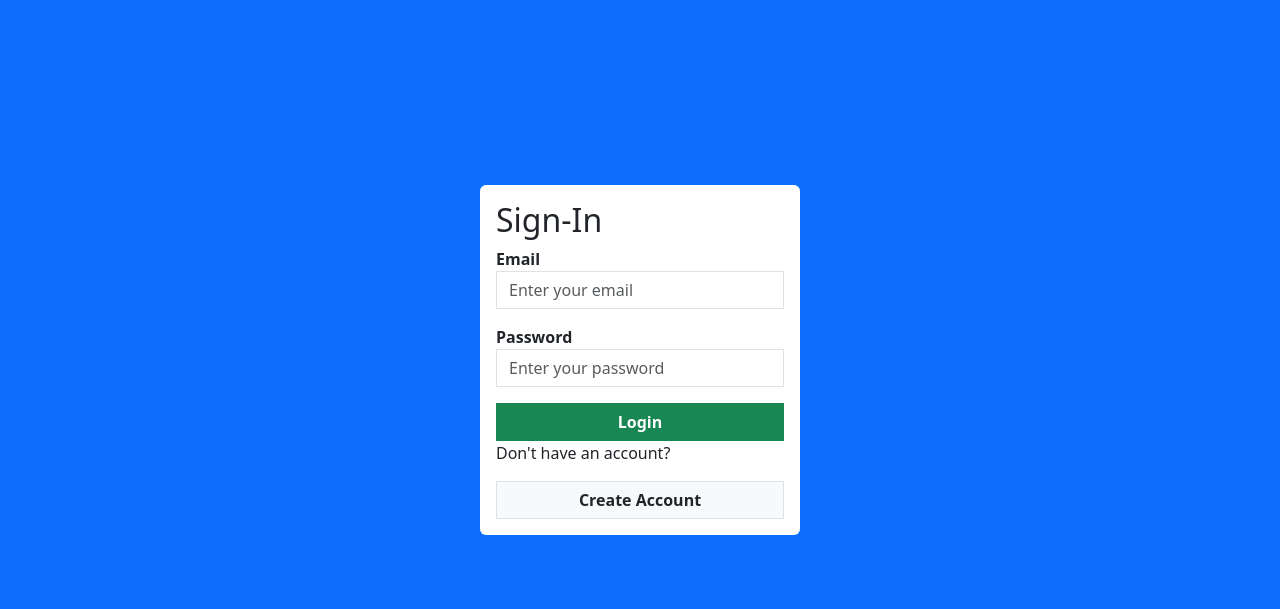
Repository: Habeebur1493/App
Page: / (app in frontend/src/)
An editor plug-in stored every save of this project. The page is shown before and after the next save, followed by the edit.
The browser window is 1280 px wide. The pictures show the whole page.
The project was rebuilt for these pictures with package versions that can differ from the ones it lists, and the page was loaded fresh each time. Also part of the build but not shown: frontend/src/SignupValidation.js, frontend/src/Signup.js, frontend/src/Home.js, frontend/src/ViewProduct.js, frontend/src/ProductForm.js, frontend/src/AddProduct.js.

Above is the page before, as saved 2025-02-16 22:55:52.

### frontend/src/App.js
import React from 'react'
import Login from './Login'
import { BrowserRouter, Routes, Route } from 'react-router-dom'
import Signup from './Signup'
import Home from './Home'
import ViewProduct from "./ViewProduct";
import AddProduct from "./AddProduct";
import ProductForm from "./ProductForm";



function App() {
  return (
    <BrowserRouter>
    <Routes>
      <Route path="/" element={<Login />} />
      <Route path="/signup" element={<Signup />} />
      <Route path="/home" element={<Home/>} />
      <Route path="/view/:id" element={<ViewProduct />} />
      <Route path="/add-product" element={<AddProduct />} />
      <Route path="/edit-product/:id" element={<ProductForm />} />
    </Routes>
    </BrowserRouter>
  )
}

export default App

### frontend/src/Login.js
import React, { useState} from 'react'
import { Link } from 'react-router-dom'
import validation from './LoginValidation';
import axios from 'axios';
import { useNavigate } from 'react-router-dom';


function Login() {
    const [values, setvalues] = useState({
        email: "",
        password: ""
    })
    const navigate = useNavigate();

    const [errors, seterrors] = useState({})
    const handleInput = (event) => {
        setvalues(prev => ({...prev, [event.target.name]: event.target.value}))
    }

    const handleSubmit = (event) => {
        event.preventDefault();
        seterrors(validation(values));
        if(errors.email ==="" && errors.password ===""){
            axios.post('http://localhost:3001/login', values)
            .then(res => {
                if(res.data === "Success"){
                    navigate('/home');
                }else{
                    alert("No user found");
                }
            })
            .catch(err => console.log(err));
            }
    }
  return (
    <div className='d-flex justify-content-center align-items-center bg-primary vh-100'>
        <div className='bg-white p-3 rounded w-25'>
        <h2>Sign-In</h2>
            <form action="" onSubmit={handleSubmit}>
                <div className='mb-3'>
                    <label htmlFor='email'><strong>Email</strong></label>
                    <input type="email" placeholder='Enter your email' name='email'
                   onChange={handleInput}  className='form-control rounded-0'/>
                    <span>{errors.email && <span className='text-danger' >{errors.email}</span>}</span>
                </div>
                <div className='mb-3'>
                    <label htmlFor='password'><strong>Password</strong></label>
                    <input type="password" placeholder='Enter your password'  name='password'
                    onChange={handleInput}  className='form-control rounded-0'/>
                     <span>{errors.password && <span className='text-danger' >{errors.password}</span>}</span>
                </div>
                <button type='submit' className='btn btn-success w-100 rounded-0'><strong>Login</strong></button>
                <p>Don't have an account?</p>
                <Link to="/signup" className='btn btn-default border w-100 rounded-0 bg-light text-decoration-none'><strong>Create Account</strong></Link>
            </form>
        </div>
    </div>
  )
}

export default Login

### frontend/src/LoginValidation.js
function validation (values){
    let error ={}
    const email_pattern = /^[^\s@]+@[^\s@]+\.[^\s@]+$/;
    const password_pattern = /^(?=.*[a-z])(?=.*[A-Z])(?=.*\d)(?=.*[@$!%*?&])[A-Za-z\d@$!%*?&]{8,}$/;

    if(!values.email ===""){
        error.email = "Name should not be empty"
}
else if(!email_pattern.test(values.email)){
    error.email = "Email Does not match"
}else{
    error.email = ""
}

if(!values.password ===""){
    error.password = "Password should not be empty"
}else if(!password_pattern.test(values.password)){
    error.password = "Password Does not match"
}else{
    error.password = ""
}
return error
}

export default validation

Loaded but not shown: frontend/src/index.js (common file); frontend/src/index.css (common file); frontend/src/reportWebVitals.js (common file)

After the next save:
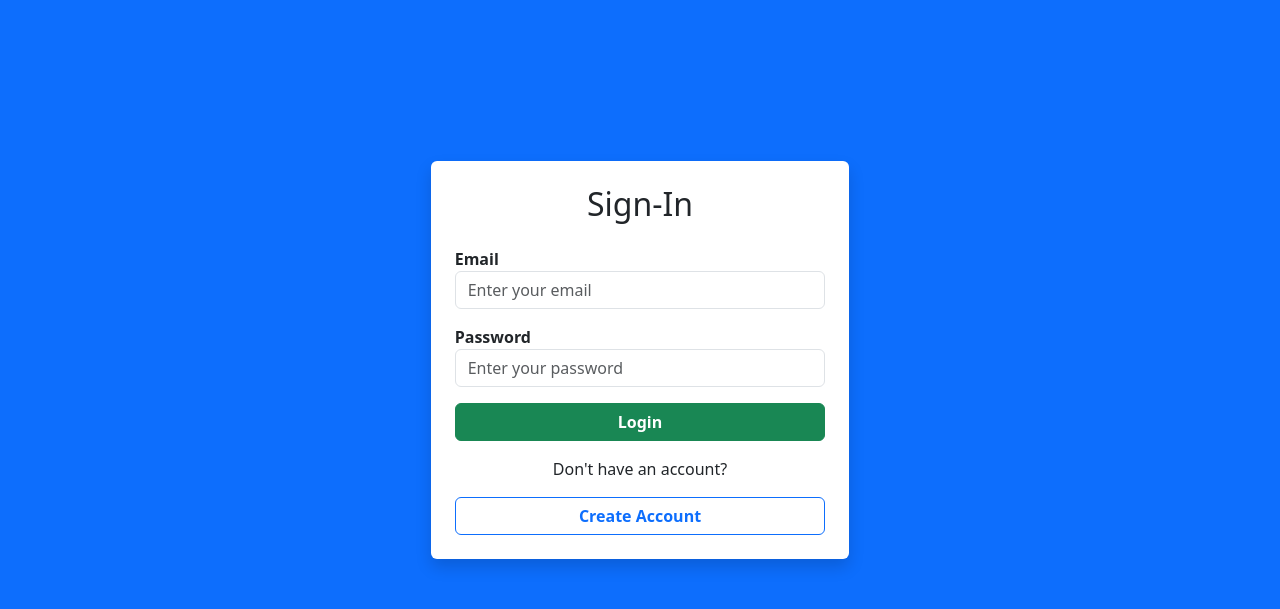
Saved 117 s later.
--- a/frontend/src/Login.js
+++ b/frontend/src/Login.js
@@ -1,61 +1,74 @@
-import React, { useState} from 'react'
-import { Link } from 'react-router-dom'
+import React, { useState } from 'react';
+import { Link } from 'react-router-dom';
 import validation from './LoginValidation';
 import axios from 'axios';
 import { useNavigate } from 'react-router-dom';
 
-
 function Login() {
-    const [values, setvalues] = useState({
+    const [values, setValues] = useState({
         email: "",
         password: ""
-    })
+    });
     const navigate = useNavigate();
+    const [errors, setErrors] = useState({});
 
-    const [errors, seterrors] = useState({})
     const handleInput = (event) => {
-        setvalues(prev => ({...prev, [event.target.name]: event.target.value}))
-    }
+        setValues(prev => ({ ...prev, [event.target.name]: event.target.value }));
+    };
 
     const handleSubmit = (event) => {
         event.preventDefault();
-        seterrors(validation(values));
-        if(errors.email ==="" && errors.password ===""){
+        setErrors(validation(values));
+
+        if (errors.email === "" && errors.password === "") {
             axios.post('http://localhost:3001/login', values)
-            .then(res => {
-                if(res.data === "Success"){
-                    navigate('/home');
-                }else{
-                    alert("No user found");
-                }
-            })
-            .catch(err => console.log(err));
-            }
-    }
-  return (
-    <div className='d-flex justify-content-center align-items-center bg-primary vh-100'>
-        <div className='bg-white p-3 rounded w-25'>
-        <h2>Sign-In</h2>
-            <form action="" onSubmit={handleSubmit}>
-                <div className='mb-3'>
-                    <label htmlFor='email'><strong>Email</strong></label>
-                    <input type="email" placeholder='Enter your email' name='email'
-                   onChange={handleInput}  className='form-control rounded-0'/>
-                    <span>{errors.email && <span className='text-danger' >{errors.email}</span>}</span>
+                .then(res => {
+                    if (res.data === "Success") {
+                        navigate('/home');
+                    } else {
+                        alert("No user found");
+                    }
+                })
+                .catch(err => console.log(err));
+        }
+    };
+
+    return (
+        <div className='container-fluid d-flex justify-content-center align-items-center bg-primary vh-100'>
+            <div className='row w-100 justify-content-center'>
+                <div className='col-10 col-sm-8 col-md-6 col-lg-4 bg-white p-4 rounded shadow'>
+                    <h2 className='text-center mb-4'>Sign-In</h2>
+                    <form onSubmit={handleSubmit}>
+                        <div className='mb-3'>
+                            <label htmlFor='email'><strong>Email</strong></label>
+                            <input
+                                type='email'
+                                placeholder='Enter your email'
+                                name='email'
+                                onChange={handleInput}
+                                className='form-control'
+                            />
+                            {errors.email && <span className='text-danger'>{errors.email}</span>}
+                        </div>
+                        <div className='mb-3'>
+                            <label htmlFor='password'><strong>Password</strong></label>
+                            <input
+                                type='password'
+                                placeholder='Enter your password'
+                                name='password'
+                                onChange={handleInput}
+                                className='form-control'
+                            />
+                            {errors.password && <span className='text-danger'>{errors.password}</span>}
+                        </div>
+                        <button type='submit' className='btn btn-success w-100'><strong>Login</strong></button>
+                        <p className='text-center mt-3'>Don't have an account?</p>
+                        <Link to='/signup' className='btn btn-outline-primary w-100 text-decoration-none'><strong>Create Account</strong></Link>
+                    </form>
                 </div>
-                <div className='mb-3'>
-                    <label htmlFor='password'><strong>Password</strong></label>
-                    <input type="password" placeholder='Enter your password'  name='password'
-                    onChange={handleInput}  className='form-control rounded-0'/>
-                     <span>{errors.password && <span className='text-danger' >{errors.password}</span>}</span>
-                </div>
-                <button type='submit' className='btn btn-success w-100 rounded-0'><strong>Login</strong></button>
-                <p>Don't have an account?</p>
-                <Link to="/signup" className='btn btn-default border w-100 rounded-0 bg-light text-decoration-none'><strong>Create Account</strong></Link>
-            </form>
+            </div>
         </div>
-    </div>
-  )
+    );
 }
 
-export default Login
+export default Login;
